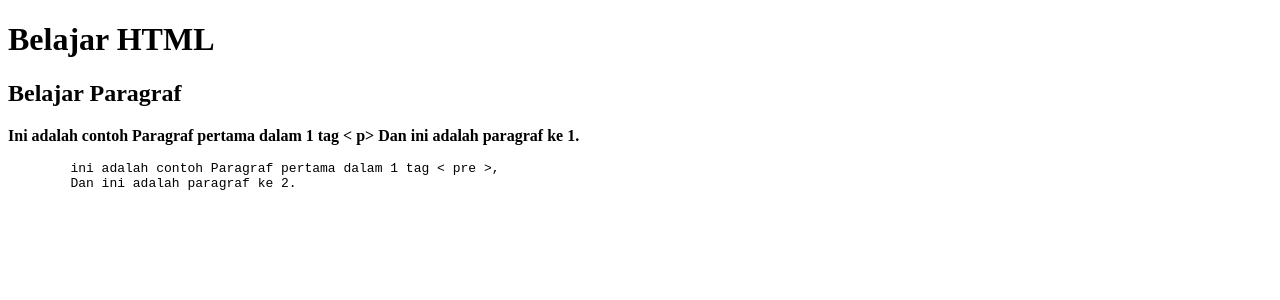
Repository: Gibekkk/WebPro
Page: Tugas HTML 1/index.html
These files come from the project's save history. The page is drawn as it stood at one moment and after the next save; the edit follows.
The browser window is 1280 px wide. The pictures show the whole page.

Above is the page before, as saved 2024-03-25 09:47:22.

After the next save:
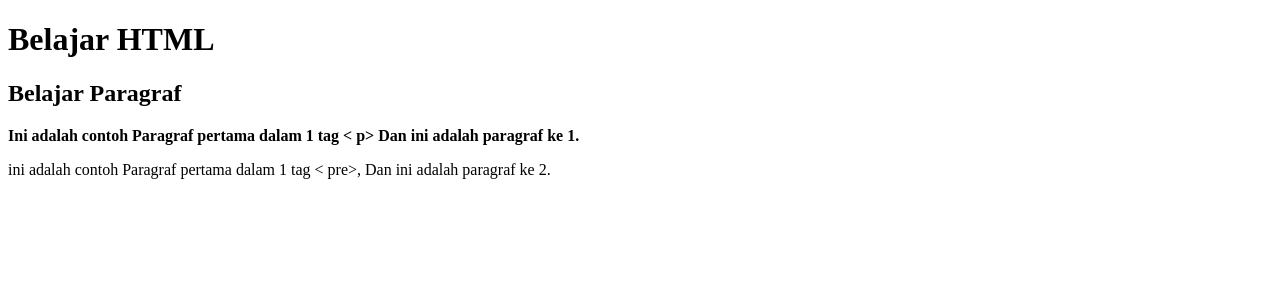
Saved 4 s later.
--- a/Tugas HTML 1/index.html
+++ b/Tugas HTML 1/index.html
@@ -13,11 +13,10 @@
     <h2>Belajar Paragraf</h2>
     <p>Ini adalah contoh Paragraf pertama dalam 1 tag
         < p> Dan ini adalah paragraf ke 1.</p>
-    </b>
-    <pre>
-        ini adalah contoh Paragraf pertama dalam 1 tag < pre >,
-        Dan ini adalah paragraf ke 2.
-    </pre>
+    </b> ini adalah contoh Paragraf pertama dalam 1 tag
+    < pre>, Dan ini adalah paragraf ke 2.
+        </pre>
+        <pre>
 </body>
 
 </html>
